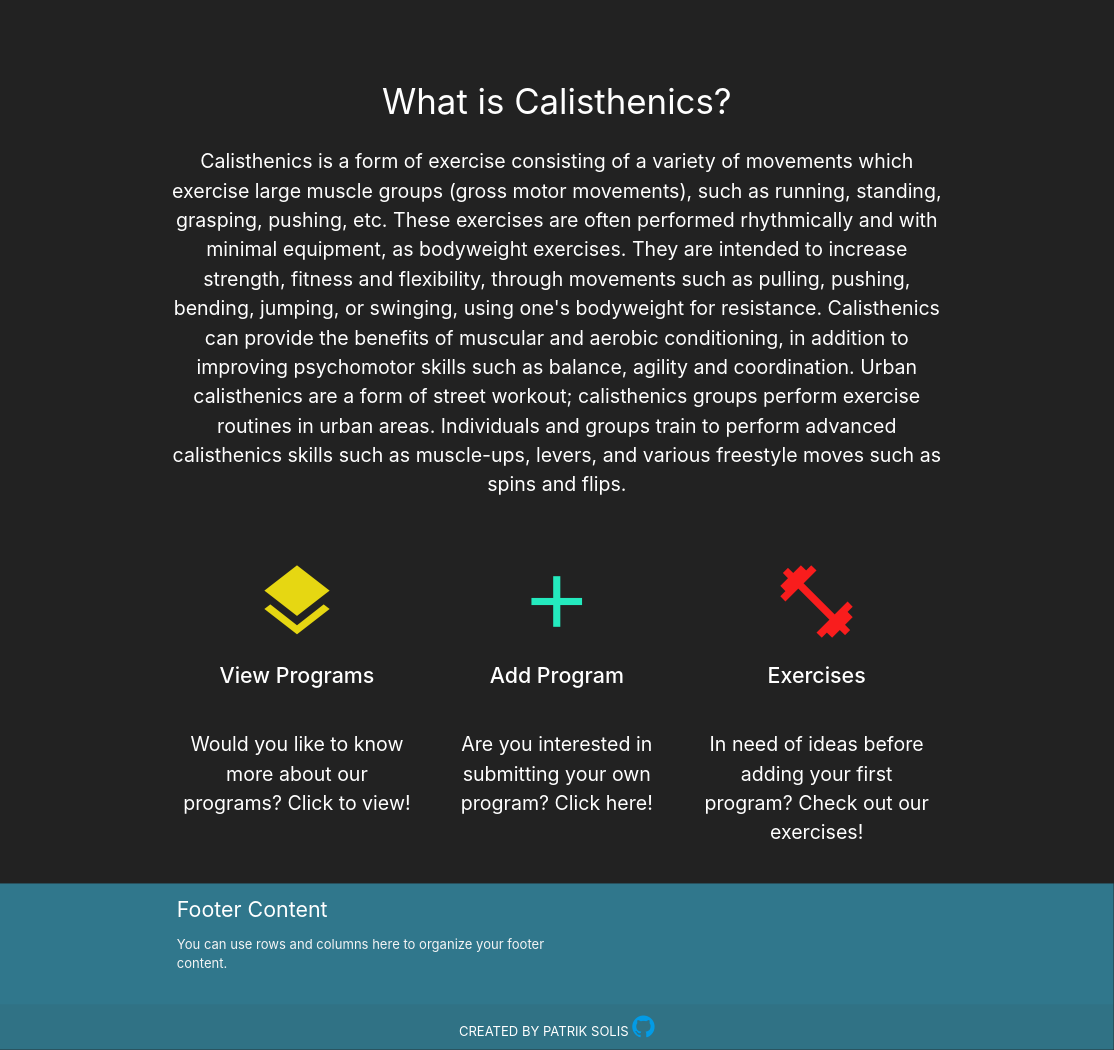
Repository: Ario124/calisthenics-project
Page: http://localhost/
The author's editor kept a record of every edit. The page is drawn from the files as they stood at one moment, then again after the next edit.
The browser window is 1280 px wide. The pictures show the part of the page from y = 719 to 1952 px (the page is 1926 px tall before and 1952 px after), at 87% of full size.
The page is served by the project's application, run on Flask 3 (app.py).

Above is the page before.

### templates/index.html
{% extends 'base.html' %} {% block content %}

<div class="video-container">
    <iframe src="///www.youtube.com/embed/FHBtLAvNGo4?start=14&end=103&controls=0&showinfo=0&rel=0&autoplay=1&loop=1&playlist=FHBtLAvNGo4&mute=1" frameborder="0" allowfullscreen></iframe>
</div>


<div class="container">
    <div class="col s12 center">
        <h2 class="center expert_title">What is Calisthenics?</h2>

        <p class="flow-text">
            Calisthenics is a form of exercise consisting of a variety of movements which exercise large muscle groups (gross motor movements), such as running, standing, grasping, pushing, etc. These exercises are often performed rhythmically and with minimal equipment,
            as bodyweight exercises.<span class="hide-on-med-and-down"> They are intended to increase strength, fitness and flexibility, through
                                    movements such as pulling, pushing, bending, jumping, or swinging, using one's bodyweight for resistance. Calisthenics can provide
                                    the benefits of muscular and aerobic conditioning, in addition to improving psychomotor skills such as balance, agility and coordination.

                                    Urban calisthenics are a form of street workout; calisthenics groups perform exercise routines in urban areas.
                                    Individuals and groups train to perform advanced calisthenics skills such as muscle-ups, levers, and various freestyle moves such as spins and flips.</span>

        </p>

        <ul class="hide-on-large-only collapsible">
            <li>
                <div class="collapsible-header"><i class="material-icons center-icon-read-more">info_outline</i>Read More</div>
                <div class="collapsible-body flow-text"><span>They are intended to increase strength, fitness and flexibility, through
                                    movements such as pulling, pushing, bending, jumping, or swinging, using one's bodyweight for resistance. Calisthenics can provide
                                    the benefits of muscular and aerobic conditioning, in addition to improving psychomotor skills such as balance, agility and coordination.

                                    Urban calisthenics are a form of street workout; calisthenics groups perform exercise routines in urban areas.
                                    Individuals and groups train to perform advanced calisthenics skills such as muscle-ups, levers, and various freestyle moves such as spins and flips.</span></div>
            </li>
        </ul>
    </div>
    <div class="center-align row">

        <div class="col s4">
            <div class="section">
            <a href="{{url_for('get_programs')}}"><i class="material-icons icon-size icon-color">layers</i></a>
            <h5><strong>View Programs</strong></h5></div>
            <p class="flow-text">Would you like to know more about our programs? Click to view!</p>
        </div>
        <div class="col s4">
            <div class="section">
            <a href="{{url_for('add_program')}}"> <i class="material-icons icon-size icon-color2">add</i></a>
            <h5><strong>Add Program</strong></h5></div>
            <p class="flow-text">Are you interested in submitting your own program? Click here!</p>
        </div>
        <div class="col s4">
            <div class="section">
            <a href="{{url_for('exercises')}}"> <i class="material-icons icon-size icon-exercises">fitness_center</i></a>
            <h5><strong>Exercises</strong></h5>
            </div>
            <p class="flow-text pad-this">In need of ideas before adding your first program? Check out our exercises!</p>
        </div>

    </div>
</div>

{% endblock %}

### templates/base.html
<!DOCTYPE html>
<html lang="en">
<head>
    <meta charset="UTF-8">
    <meta name="viewport" content="width=device-width, initial-scale=1">
    <link href="https://fonts.googleapis.com/icon?family=Material+Icons" rel="stylesheet">
    <link rel="stylesheet" href="https://cdnjs.cloudflare.com/ajax/libs/materialize/1.0.0/css/materialize.min.css">
    <link rel="stylesheet" href="{{url_for('static', filename="css/main.css")}}" type="text/css" />
    <link rel="stylesheet" href="https://maxcdn.bootstrapcdn.com/font-awesome/4.7.0/css/font-awesome.min.css" type="text/css" />

    <title>Calisthenics Project</title>
    <link rel="icon" href="https://d1ujqdpfgkvqfi.cloudfront.net/favicon-generator/htdocs/favicons/2019-09-19/50f3ab5b7a10e0ae0911c83435938cd6.ico.png">

</head>
<body>
    <header>

        <div id="navbar-test" class="navbar-fixed">
            <nav>
                <div class="nav-wrapper">
                    <a href="{{url_for('home')}}" class="brand-logo"><i class="material-icons nav-icon-pad">home</i></a>
                    <a href="{{url_for('home')}}" class="brand-logo center-align">Calisthenics</a>
                    <a href="#" data-target="mobile-demo" class="sidenav-trigger"><i class="material-icons">menu</i></a>
                    <ul class="right hide-on-med-and-down">
                        <li><a href="{{url_for('get_programs')}}">View Programs</a></li>
                        <li><a href="{{url_for('add_program')}}">Add Program</a></li>
                        <li><a href="{{url_for('exercises')}}">Exercises</a></li>
                        <li><a href="{{url_for('contact')}}">Contact Us</a></li>
                    </ul>
                </div>
            </nav>

            <ul class="sidenav" id="mobile-demo">
                <li><a class="sidenav-close" href="#!"><i class="material-icons">menu</i>Close</a></li>
                <li><a href="{{url_for('get_programs')}}">View Programs</a></li>
                <li><a href="{{url_for('add_program')}}">Add Program</a></li>
                <li><a href="{{url_for('exercises')}}">Exercises</a></li>
                <li><a href="{{url_for('contact')}}">Contact Us</a></li>
            </ul>
        </div>

    </header>



    {% block content %} {% endblock %}

    <script src="https://cdnjs.cloudflare.com/ajax/libs/jquery/3.4.1/jquery.min.js"></script>
    <script src="https://cdnjs.cloudflare.com/ajax/libs/materialize/1.0.0/js/materialize.min.js"></script>
    <script type="text/javascript">
        M.AutoInit()
    </script>
    <script>
        var prevScrollpos = window.pageYOffset;
window.onscroll = function() {
  var currentScrollPos = window.pageYOffset;
  if (prevScrollpos > currentScrollPos) {
    document.getElementById("navbar-test").style.top = "0";
  } else {
    document.getElementById("navbar-test").style.top = "-70px";
  }
  prevScrollpos = currentScrollPos;
}
    </script>

</body>
        <footer class="page-footer">
          <div class="container">
            <div class="row">
              <div class="col l6 s12">
                <h5 class="white-text">Footer Content</h5>
                <p class="grey-text text-lighten-4">You can use rows and columns here to organize your footer content.</p>
              </div>
            </div>
          </div>
          <div class="footer-copyright">
            <div class="container center-align">
            CREATED BY PATRIK SOLIS
            <a target="_blank" href="https://github.com/Ario124"><i class="fa fa-github fa-2x"></i></a>
            </div>
          </div>
        </footer>

</html>

### app.py
import os
from flask import Flask, render_template, redirect, request, url_for
from flask_pymongo import PyMongo
from bson.objectid import ObjectId

app = Flask(__name__)


app.config["MONGO_DBNAME"] = 'calisthenics-project'
app.config["MONGO_URI"] = 'mongodb+srv://root:pasol005@myfirstcluster-qno2b.mongodb.net/calisthenics?retryWrites=true&w=majority'


mongo = PyMongo(app)

@app.route('/')
@app.route('/home')
def home():
    return render_template('index.html')

@app.route('/add_program')
def add_program():
    return render_template('add_program.html', categories =mongo.db.categories.find(), difficulty =mongo.db.difficulty.find())


@app.route('/categories')
def categories():
    return render_template('categories.html')

@app.route('/contact')
def contact():
    return render_template('contact.html')

@app.route('/get_programs')
def get_programs():
    return render_template('programs.html',
        training_programs=mongo.db.training_programs.find(), description =mongo.db.description.find())


@app.route('/insert_program', methods=['POST'])
def insert_program():
    training_programs = mongo.db.training_programs
    training_programs.insert_one(request.form.to_dict())
    return redirect(url_for('get_programs'))

@app.route('/edit_program/<program_id>')
def edit_program(program_id):
    _program = mongo.db.training_programs.find_one({"_id": ObjectId(program_id)})
    _categories = mongo.db.categories.find()
    _difficulty = mongo.db.difficulty.find()
    category_list = [category for category in _categories]
    difficulty_list = [difficult for difficult in _difficulty]
    return render_template('edit_program.html', program = _program, categories = category_list, difficulties = difficulty_list)


@app.route('/update_program/<program_id>', methods=['POST'])
def update_program(program_id):
    training_programs = mongo.db.training_programs
    training_programs.update({'_id': ObjectId(program_id)},
    {
        'category_name':request.form.get('category_name'),
        'difficulty_level':request.form.get('difficulty_level'),
        'program_name':request.form.get('program_name'),
        'exercise':request.form.get('exercise'),
        'exercise2':request.form.get('exercise2'),
        'exercise3':request.form.get('exercise3'),
        'sets_amount':request.form.get('sets_amount'),
        'sets_amount2':request.form.get('sets_amount2'),
        'sets_amount3':request.form.get('sets_amount3'),
        'reps_amount':request.form.get('reps_amount'),
        'reps_amount2':request.form.get('reps_amount2'),
         'reps_amount3':request.form.get('reps_amount3'),
        'equipment_required':request.form.get('equipment_required'),
        'description':request.form.get('description')
    })
    return redirect(url_for('get_programs'))

@app.route('/add_exercise')
def add_exercise():
    return render_template('add_exercise.html')


@app.route('/delete_program/<program_id>')
def delete_program(program_id):
    mongo.db.training_programs.remove({'_id': ObjectId(program_id)})
    return redirect(url_for('get_programs'))


@app.route('/exercises')
def exercises():
    return render_template('exercises.html')

if __name__ == '__main__':
    app.run(host=os.environ.get('IP'),
            port=int(os.environ.get('PORT')),
            debug=True)

### static/css/main.css
nav {
    background-color: #1d1717f7;

}

.brand-logo {
    font-size: 40px;
}

.video-container iframe, .video-container object, .video-container embed {
    position: absolute;
    top: 0;
    left: 0;
    width: 100%;
    height: 100%;

}


.circle {
    width: 36%;
}

.video-container {
    bottom: 0px;
    z-index: -4;
}

.collapsible-header {
background-color: transparent;
}

.icon-size {
    font-size: 80px;
    margin-top:15px;
}

.contoo {
    background-color: #212525e8;
    color: orange;
}

.program-header {
    margin-top: 5px;
}

.colored-title {
    color: #e85a13;
}

.icon-color {
    color: #e6d712;
}

.icon-color2 {
    color: #24eabe;
}

.btn-colored {
    background-color: #71c4d8e0;
}

.btn-colored:hover {
    background-color: #3196af;
}

.img-test {
    background-image: url("/static/images/Pushups.jpg");
}

.icon-exercises {
    font-size: 80px;
    margin-top:15px;
    color: #f91d1d;
}

.expert_title {
    font-size: 40px;
    margin-bottom: 30px;
    margin-top: 30px;
}
body {
    background-color: #222;
    color: white;
}

nav .brand-logo i, .hoomee {
    font-size: 40px;
}

.select-dropdown {
    color: white;
}

.select-dropdown li.disabled>span {
    color: white;
}

.select-dropdown:focus {
    color:white;
}

input {
    color:white;


}

.container {
    color:white;
}

textarea.materialize-textarea {
    color:white;
}

.dropdown-content {
    background-color: #313131;
}

.dropdown-content li>span {
    color:white;
}

.select-wrapper .caret {
    fill:white
}

.sidenav-overlay {
    opacity: 0 !important;
    position: relative;
}

        .nav-icon-pad {
 padding-left:220px;

}


            .flow-text {
        font-size: 1rem;
    }

.pad-this {
    padding-top: 24px;
}

.page-footer {
    background-color: #1d1717f7;
    padding-top: 0px;
}


/* MEDIA QUERIES */



@media all and (min-width: 480px) and (max-width: 767px) {
    nav {
        background-color: #d0501ef7;
    }
            .flow-text {
        font-size: 2.1rem;
    }
}

@media all and (min-width: 768px) and (max-width: 1024px) {

    nav {
        background-color: #d01e1ef7;
    }

        .flow-text {
        font-size: 2.1rem;
    }

    .page-footer {
    background-color: #d01e1ef7;
    padding-top: 0px;
}

}


@media all and (min-width: 1024px) {

        nav .brand-logo {
            left: 43%;
        }

        nav {
            background-color: #317a90f7;
        }

            .page-footer {
    background-color: #317a90f7;
    padding-top: 0px;
}

        .nav-icon-pad {
 padding-left:190px;
}

            .flow-text {
        font-size: 1.5rem;
    }


.pad-this {
    padding-top: 0;
}

.video-container {
    bottom: 65px;
    z-index: -4;
}

.icon-size {
    font-size: 100px;
    margin-top:30px;
}
.icon-exercises {
    font-size: 100px;
    margin-top:30px;
}


}

After the next edit:
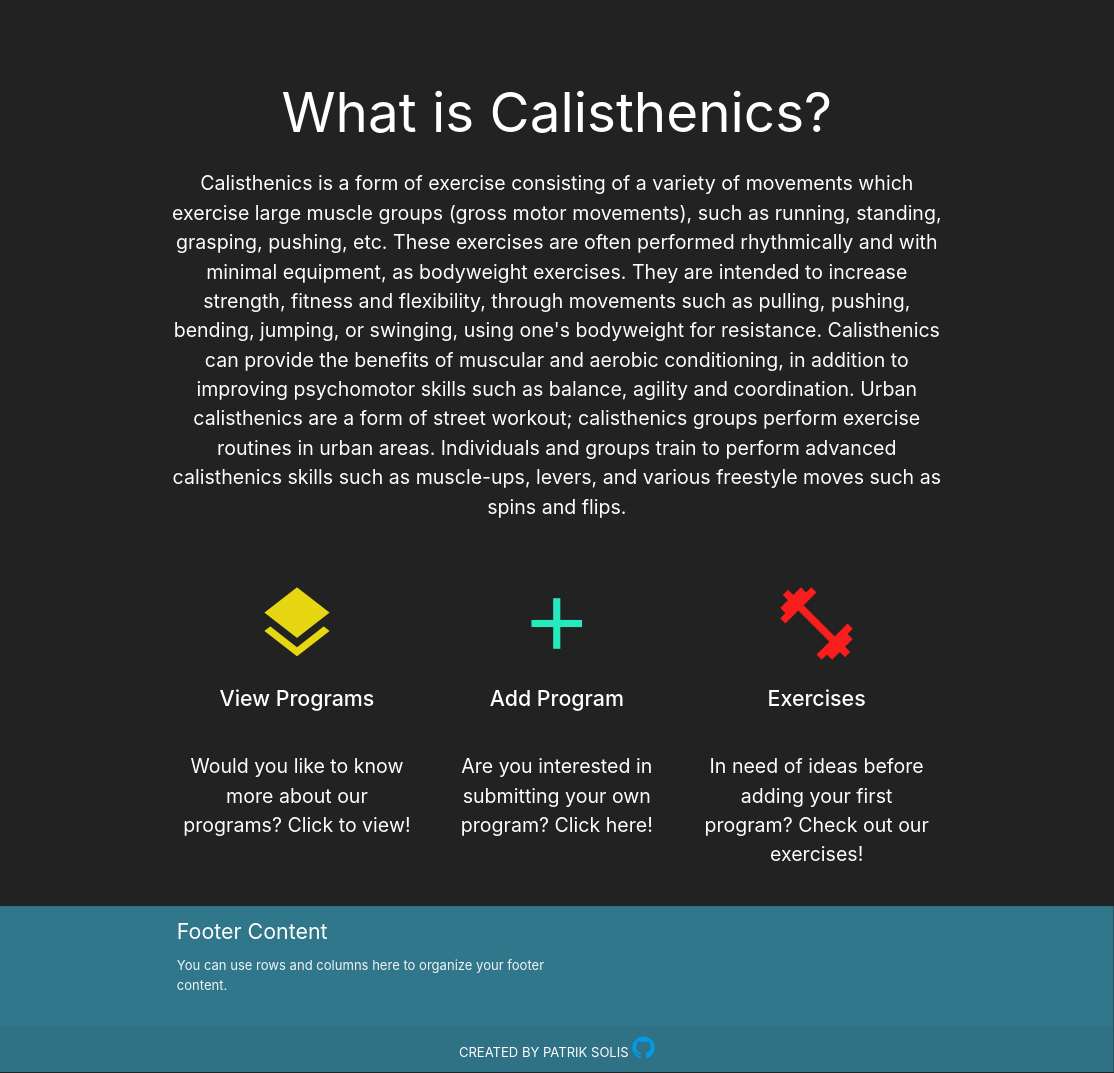
The edit:
--- a/static/css/main.css
+++ b/static/css/main.css
@@ -224,5 +224,9 @@
     margin-top:30px;
 }
 
-
-}
+.expert_title {
+    font-size: 4.2rem;
+
+}
+
+}
